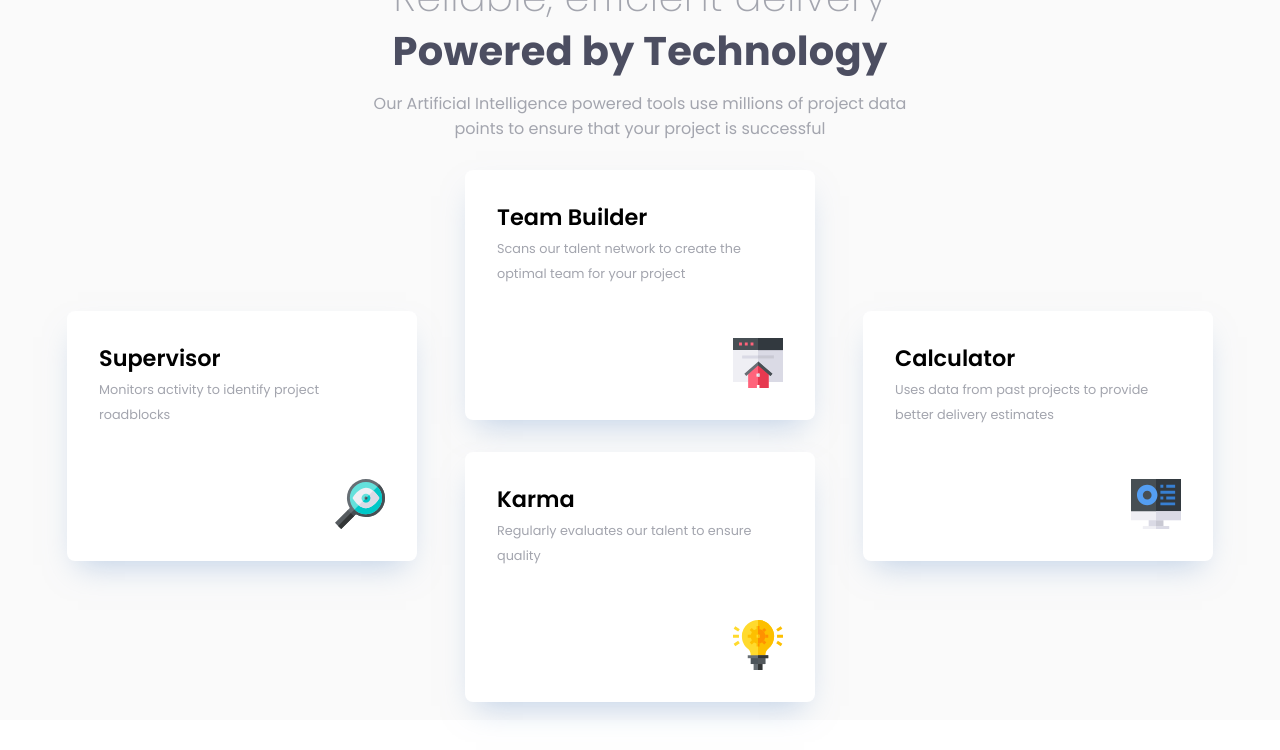
Repository: brandontaylor1/four-card-feature
Page: index.html
These files come from the project's save history. The page is drawn as it stood at one moment and after the next save; the edit follows.
The browser window is 1280 px wide. The pictures show the whole page.

Above is the page before, as saved 2025-01-10 20:16:25.

After the next save:
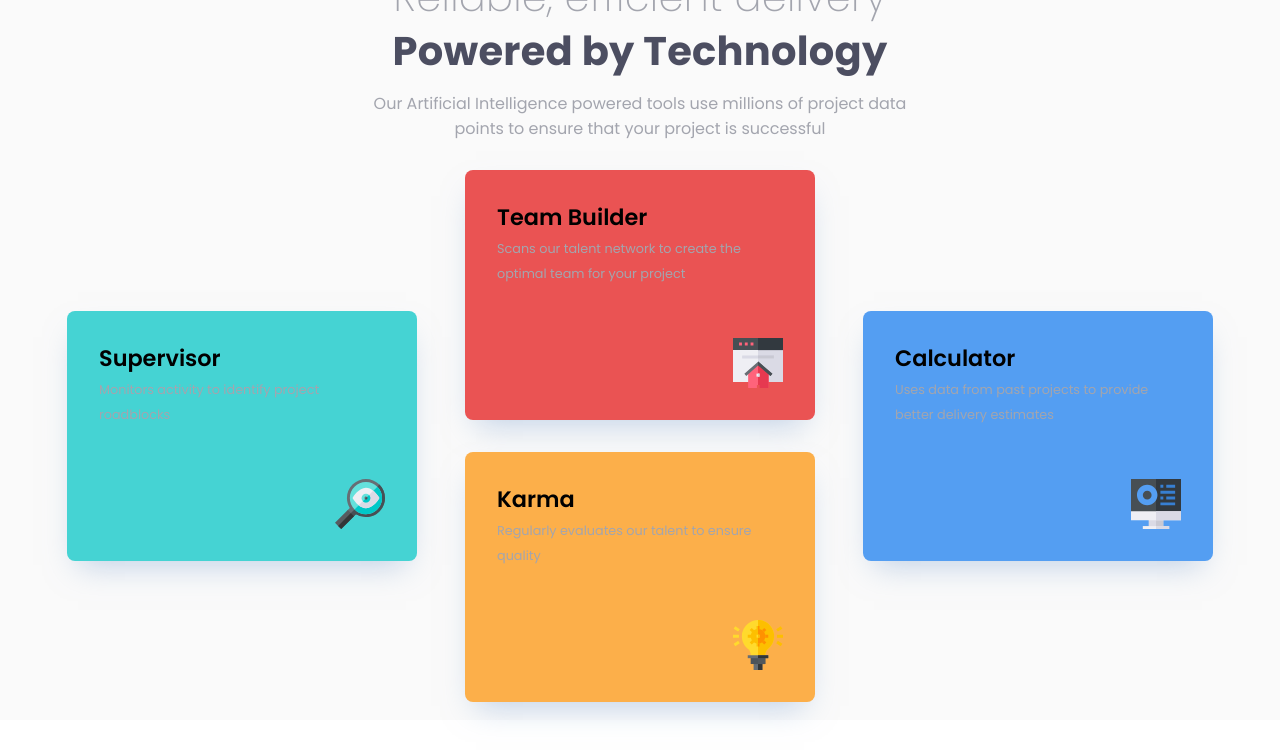
Saved 12 s later.
--- a/styles.css
+++ b/styles.css
@@ -111,6 +111,23 @@
     right: 2rem;
 }
 
+#green-card {
+    background: var(--primary-cyan);
+}
+
+#red-card {
+    background: var(--primary-red);
+}
+
+#orange-card {
+    background: var(--primary-orange);
+}
+
+#blue-card {
+    background: var(--primary-blue);
+}
+
+
 @media (max-width: 1110px) {
     .container {
         height: auto;
